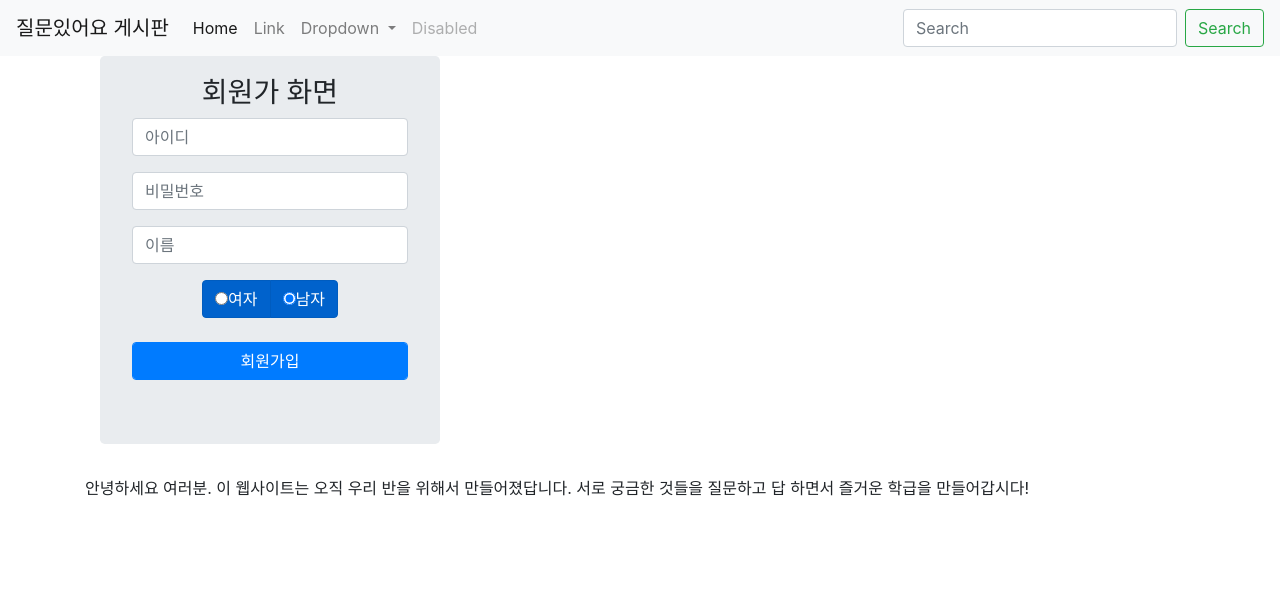
Repository: Munro-L/I-spy-oT__cuHacking-2019
Page: http://localhost/BBS/join.jsp
The author's editor kept a copy of each file at every save. The page is drawn from the files as they stood at one save, then again after the next save.
The browser window is 1280 px wide. The pictures show the whole page.
The page is served by Tomcat 9.

Above is the page before, as saved 2019-02-01 19:42:18.

After the next save:
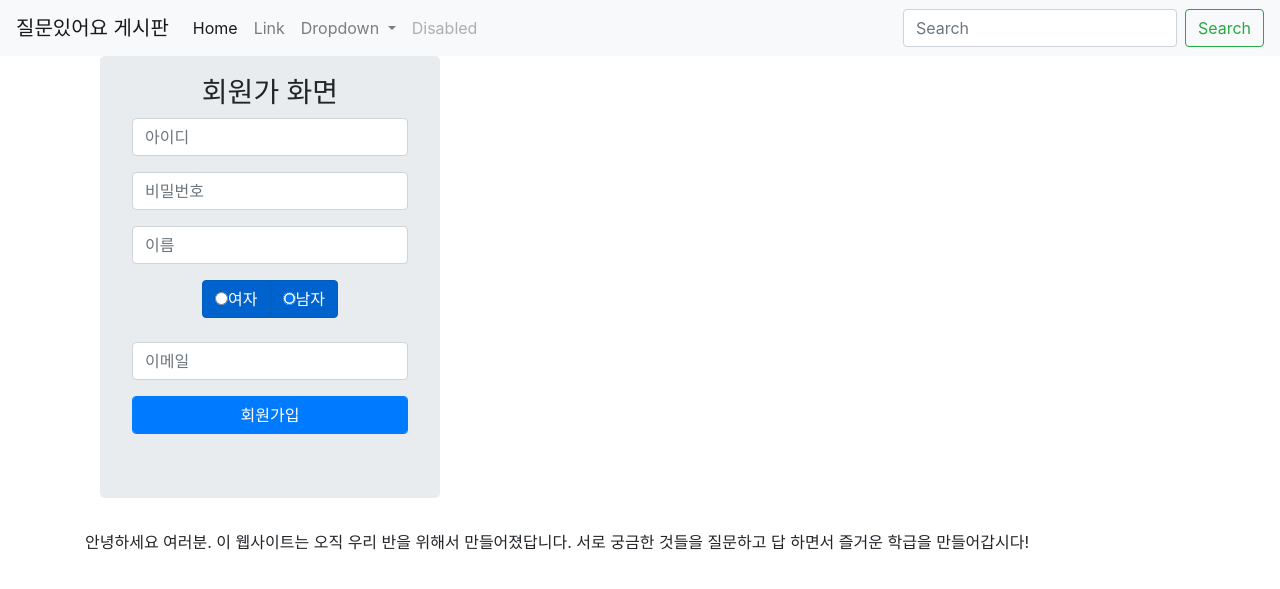
Saved 61 s later.
--- a/BBS-master/projects/BBS/WebContent/join.jsp
+++ b/BBS-master/projects/BBS/WebContent/join.jsp
@@ -70,6 +70,9 @@
 							</label>
 						</div>
 					</div>
+					<div class="form-group">
+						<input type="email" class="form-control" placeholder="이메일" name="userEmail" maxlength="50">
+					</div>
 					<input type="submit" class="btn btn-primary form-control" value="회원가입">
 				</form>
 
